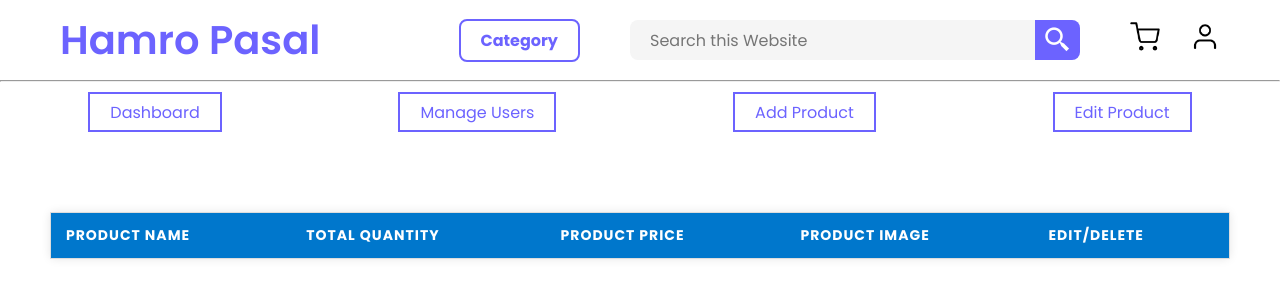
Repository: SuyogSky/Cloth-Shop
Page: http://localhost/HamroPasal/manageproducts
These files come from the project's save history. The page is drawn as it stood at one moment and after the next save; the edit follows.
The browser window is 1280 px wide. The pictures show the whole page.
Some web fonts or font styles are not loaded; a fallback is used. Some web libraries are served in a nearby version. The page is served by Tomcat 9. Queries for data that is not in the repository find no rows.

Above is the page before, as saved 2023-06-02 04:41:48.

After the next save:
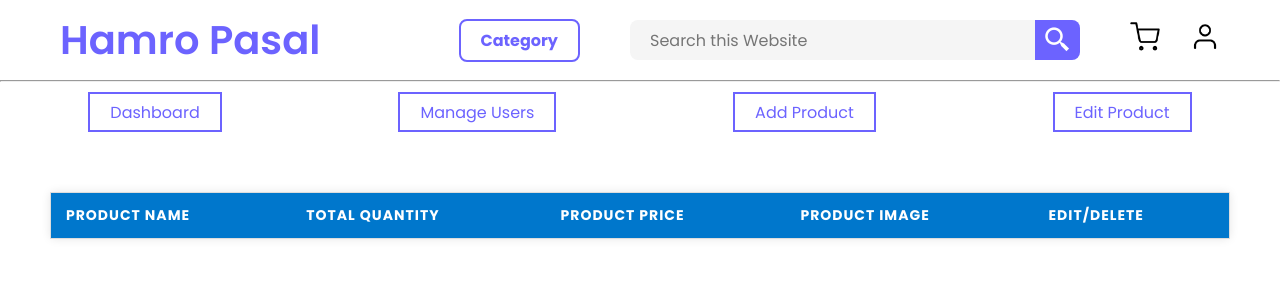
Saved 10 s later.
--- a/HamroPasal/src/main/webapp/View/ManageProduct.jsp
+++ b/HamroPasal/src/main/webapp/View/ManageProduct.jsp
@@ -13,7 +13,6 @@
           border-collapse: collapse;
           border-spacing: 0;
           width: 100%;
-          margin-top: 20px;
           border: 1px solid #ddd;
           border-radius: 5px;
           box-shadow: 0 0 10px rgba(0, 0, 0, 0.1);
